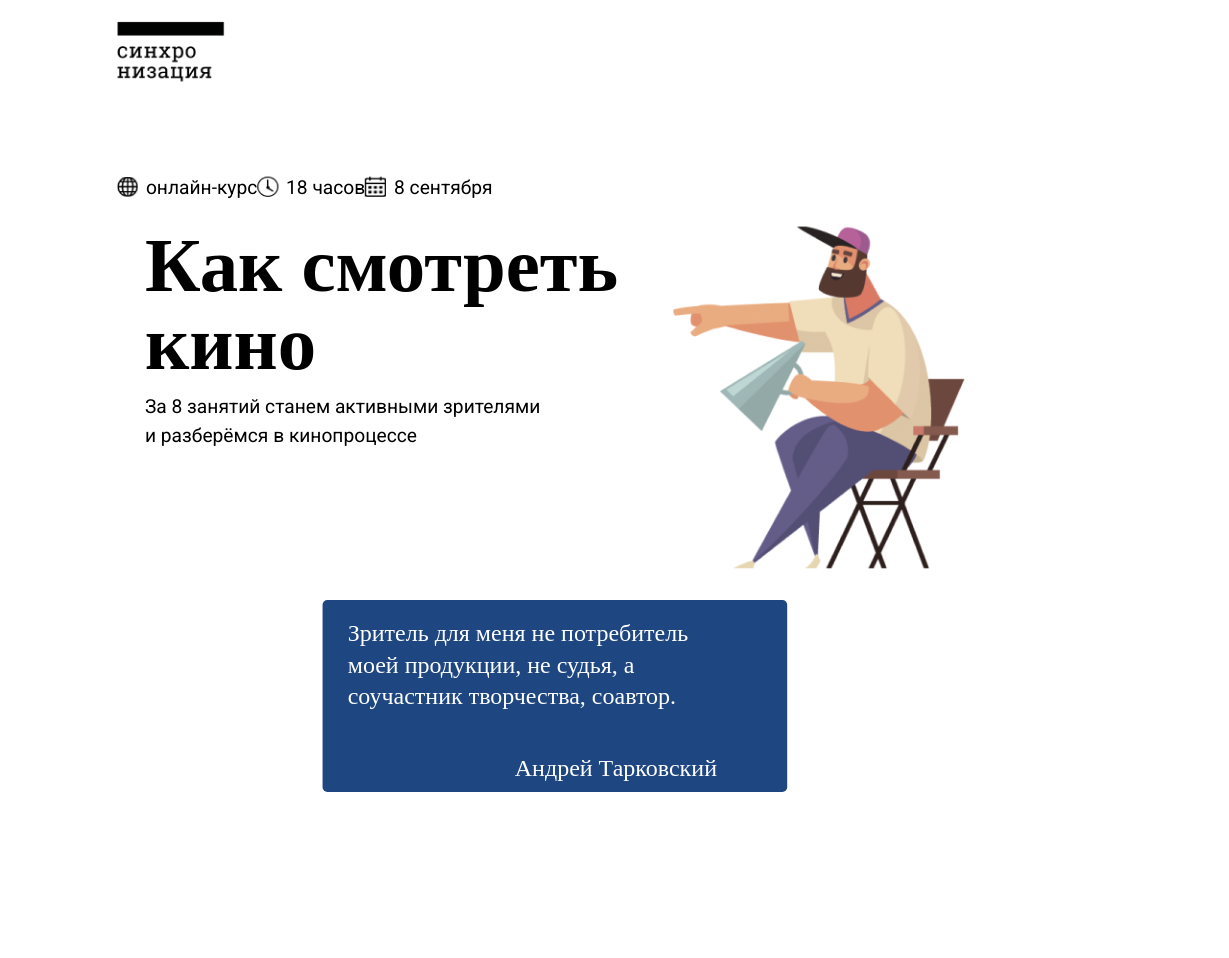
Repository: simralgasimov/task5
Page: index.html
An editor plug-in stored every save of this project. The page is shown before and after a run of saves, followed by the edit.
The browser window is 1280 px wide. The pictures show the whole page, at 96% of full size.

Above is the page before, as saved 2023-08-28 13:22:55.

After the next 3 saves:
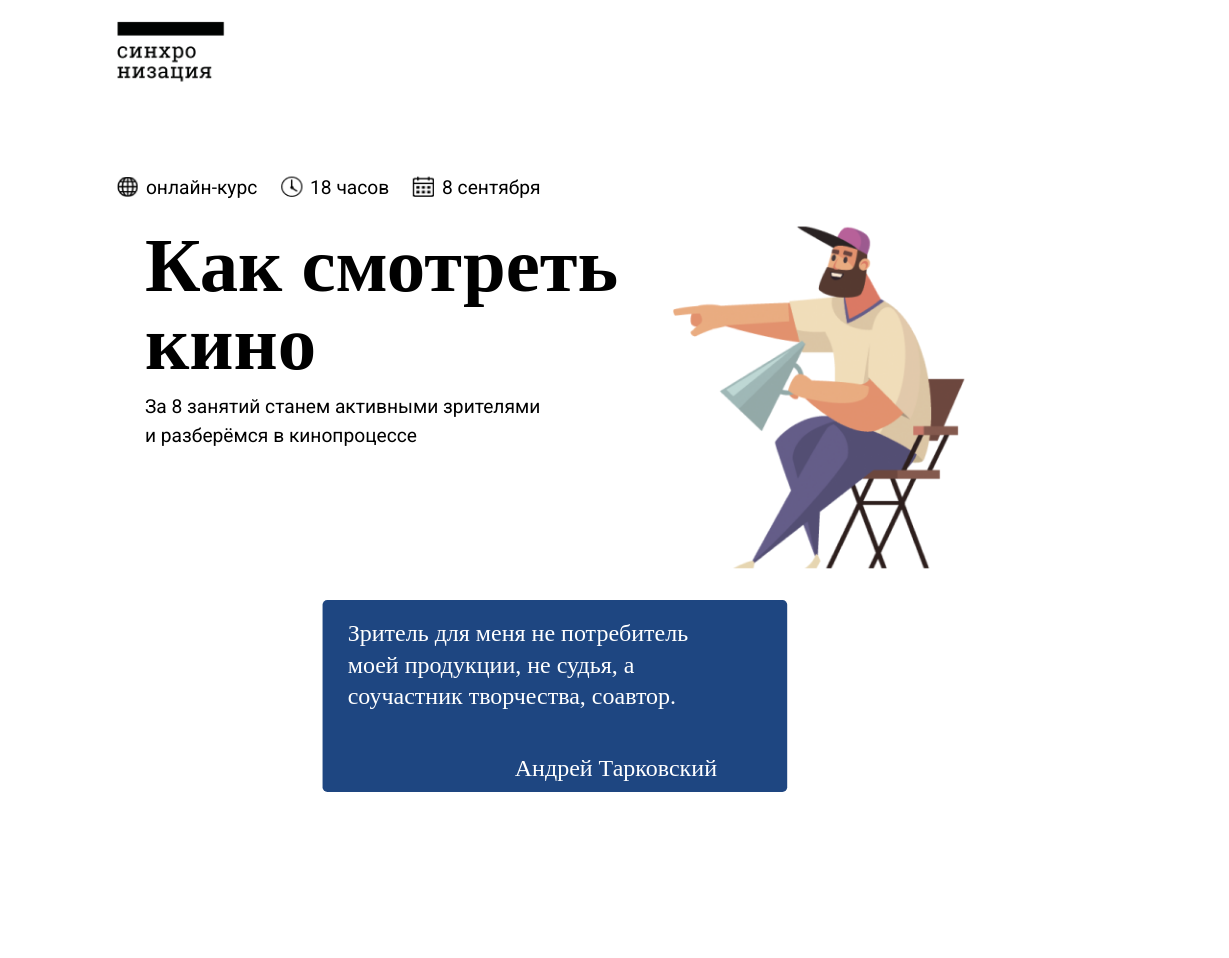
The 3 saves are shown as one change because they came seconds apart.
The last was saved 56 s later.
--- a/index.css
+++ b/index.css
@@ -20,6 +20,7 @@
 }
 .headline div{
   display: flex;
+  margin-right: 25px;
 }
 .headline p {
   /* width: 130px; */
